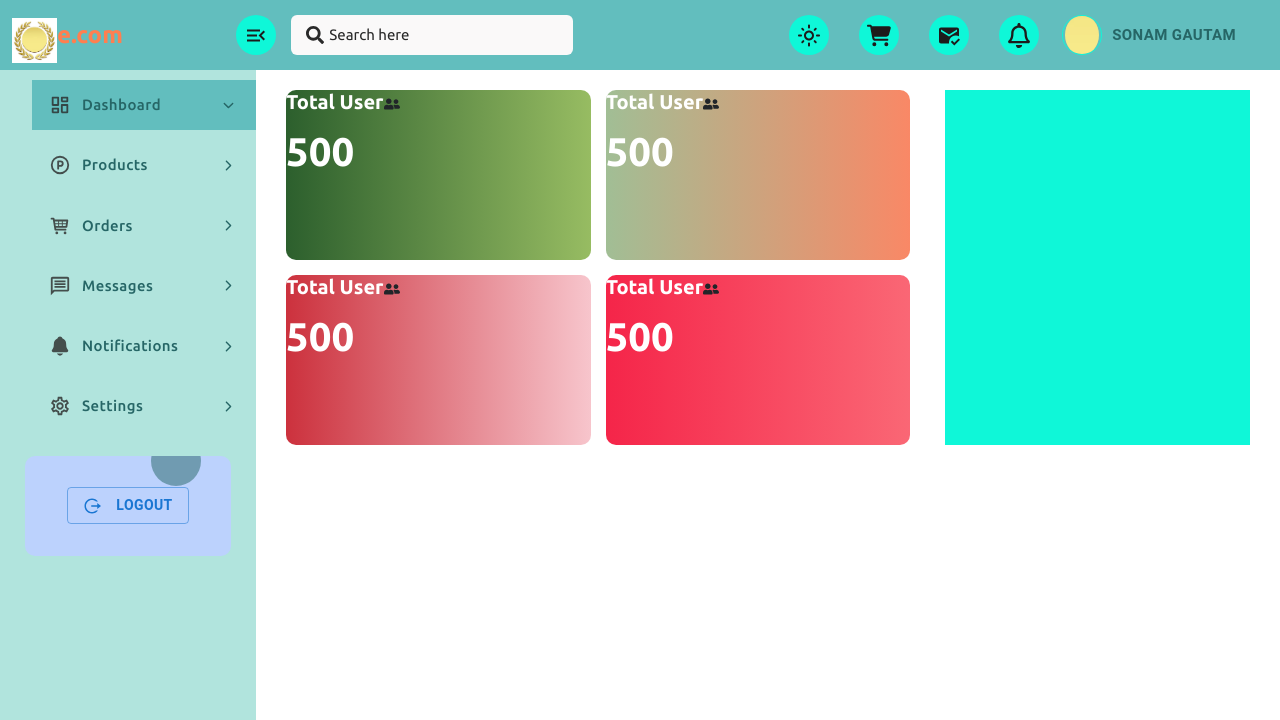
Repository: gautamsonam011/admin-react-dashboard
Page: /
An editor plug-in stored every save of this project. The page is shown before and after the next save, followed by the edit.
The browser window is 1280 px wide. The pictures show the whole page.
The project was rebuilt for these pictures with package versions that can differ from the ones it lists, and the page was loaded fresh each time.

Above is the page before, as saved 2025-04-16 13:25:47.

After the next save:
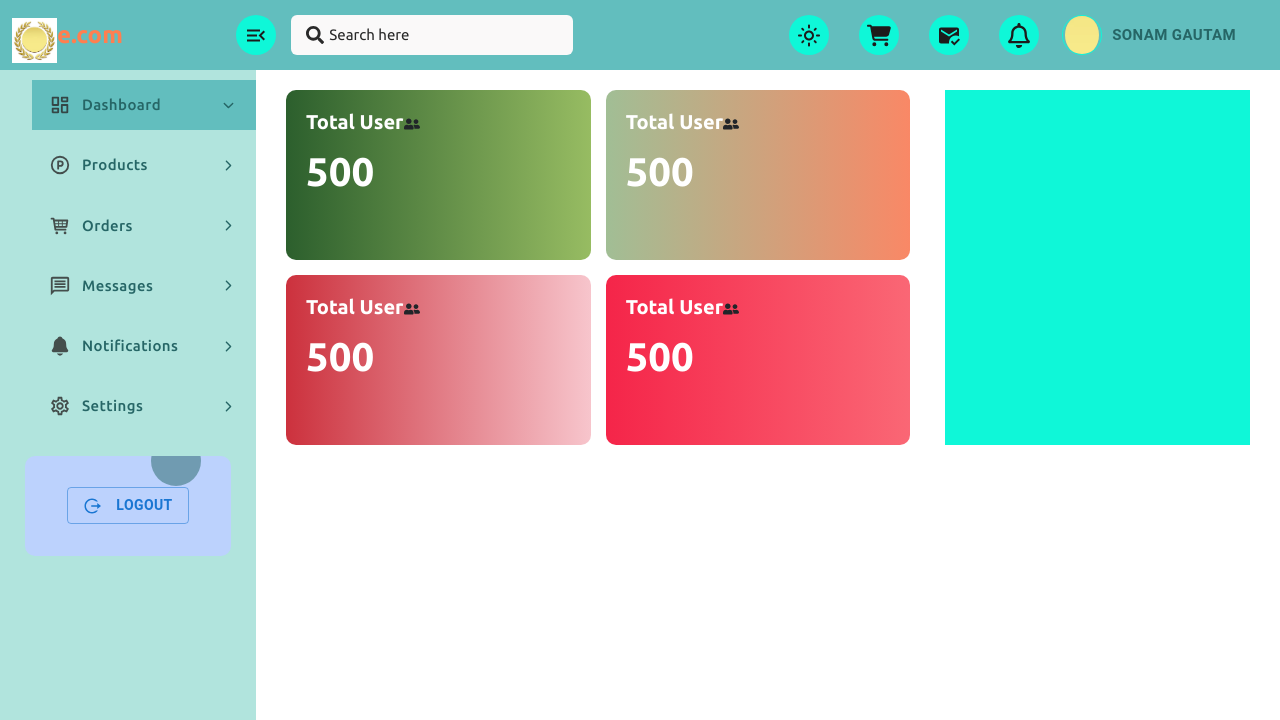
Saved 2 min 17 s later.
--- a/src/App.css
+++ b/src/App.css
@@ -95,7 +95,7 @@ position:relative; overflow:hidden;}
 .dashboardBoxWrapperRow{margin-left: 20%;}
 .right-content{padding: 90px 30px;}
 .dashboardBoxWrapper{gap: 15px; width:100%; flex-wrap: wrap;}
-.dashboardBoxWrapper .dashboardBox{width:48%; height: 170px; border-radius:10px; overflow: hidden;}
+.dashboardBoxWrapper .dashboardBox{width:48%; height: 170px; border-radius:10px; overflow: hidden; padding:20px;}
 .dashboardBoxWrapperRow .box{width:100%; height: 100%; background:#0ff7d8;}
 
 .dashboardBoxWrapper .dashboardBox .col1 h4{font-size: 20px; font-weight: 600;}
